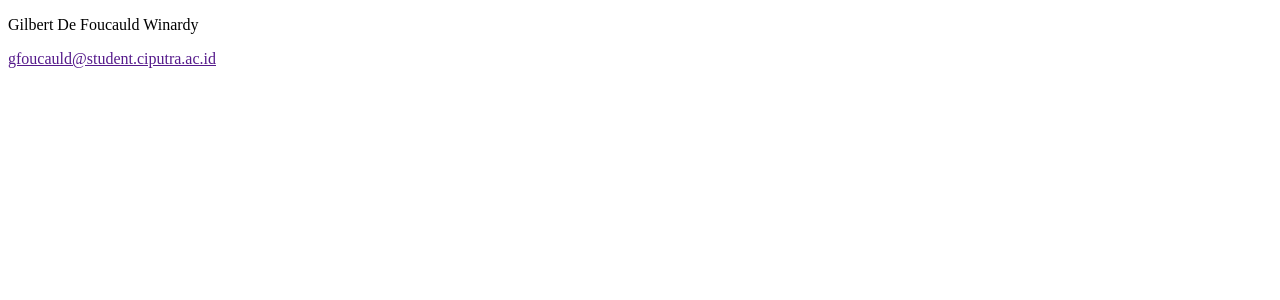
Repository: Gibekkk/WebPro
Page: Tugas Lab 1/index.html
The author's editor kept a copy of each file at every save. The page is drawn from the files as they stood at one save, then again after the next save.
The browser window is 1280 px wide. The pictures show the whole page.

Above is the page before, as saved 2024-03-25 12:10:48.

### Tugas Lab 1/index.html
<!DOCTYPE html>
<html lang="en">
<head>
    <meta charset="UTF-8">
    <meta name="viewport" content="width=device-width, initial-scale=1.0">
    <title>Portfolio</title>
    <link rel="style.css">
</head>
<body>
    <header>
        <div class="title">
            <p class="name">Gilbert De Foucauld Winardy</p>
            <a href="">gfoucauld@student.ciputra.ac.id</a>
        </div>
    </header>
</body>
</html>

After the next save:
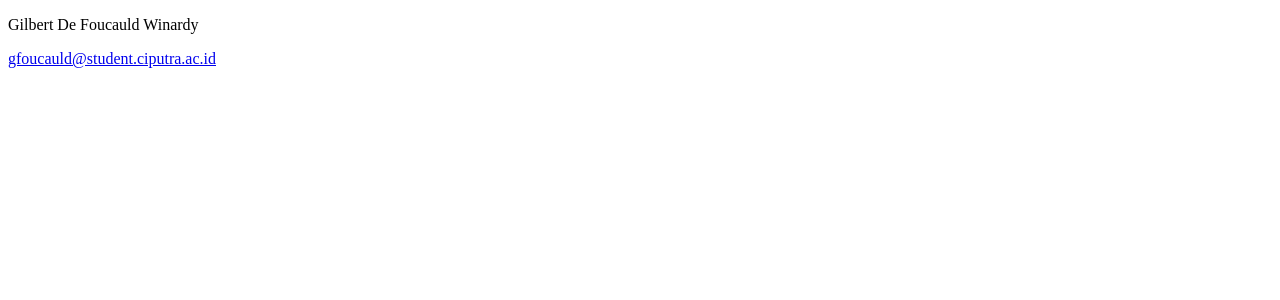
Saved 6 s later.
--- a/Tugas Lab 1/index.html
+++ b/Tugas Lab 1/index.html
@@ -10,7 +10,7 @@
     <header>
         <div class="title">
             <p class="name">Gilbert De Foucauld Winardy</p>
-            <a href="">gfoucauld@student.ciputra.ac.id</a>
+            <a href="gfoucauld@student.ciputra.ac.id">gfoucauld@student.ciputra.ac.id</a>
         </div>
     </header>
 </body>
